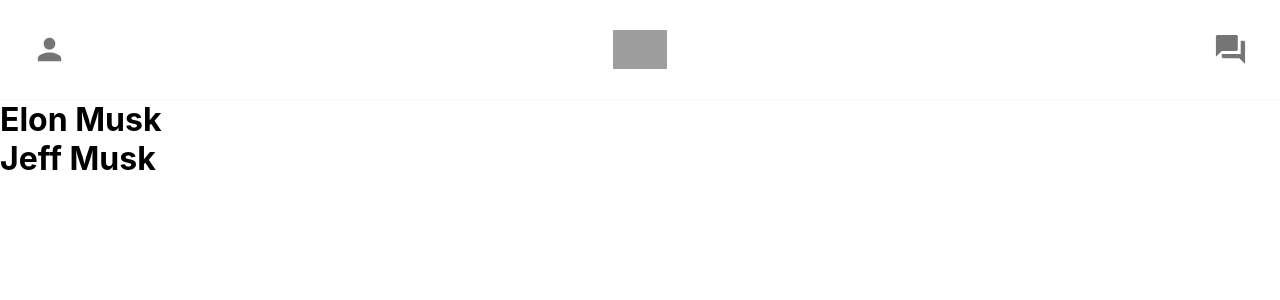
Repository: exiled-kal/TinderApp
Page: /
The author's editor kept a copy of each file at every save. The page is drawn from the files as they stood at one save, then again after a run of saves.
The browser window is 1280 px wide. The pictures show the whole page.
Pictures or frames that could not be fetched are drawn as grey boxes. The project was rebuilt for these pictures with package versions that can differ from the ones it lists, and the page was loaded fresh each time. Also part of the build but not shown: src/App.css, src/TinderCards.css.

Above is the page before, as saved 2020-09-14 22:58:12.

After the next 2 saves:
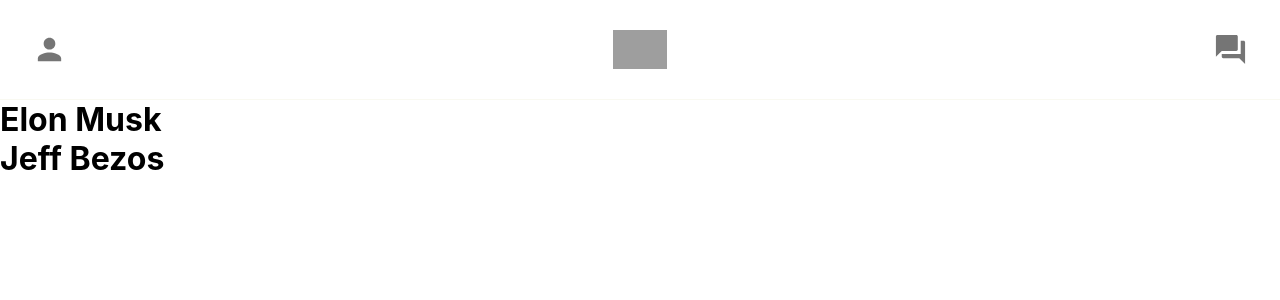
The 2 saves are shown as one change because they came seconds apart.
The last was saved 7 s later.
--- a/src/TinderCards.js
+++ b/src/TinderCards.js
@@ -9,7 +9,7 @@
         'https://newsabc.net/wp-content/uploads/2020/08/Elon-Musk-today-proposes-brain-chip-that-can-give-you.jpg',
     },
     {
-      name: 'Jeff  Musk',
+      name: 'Jeff  Bezos',
       url:
         'https://newsabc.net/wp-content/uploads/2020/08/Elon-Musk-today-proposes-brain-chip-that-can-give-you.jpg',
     },
